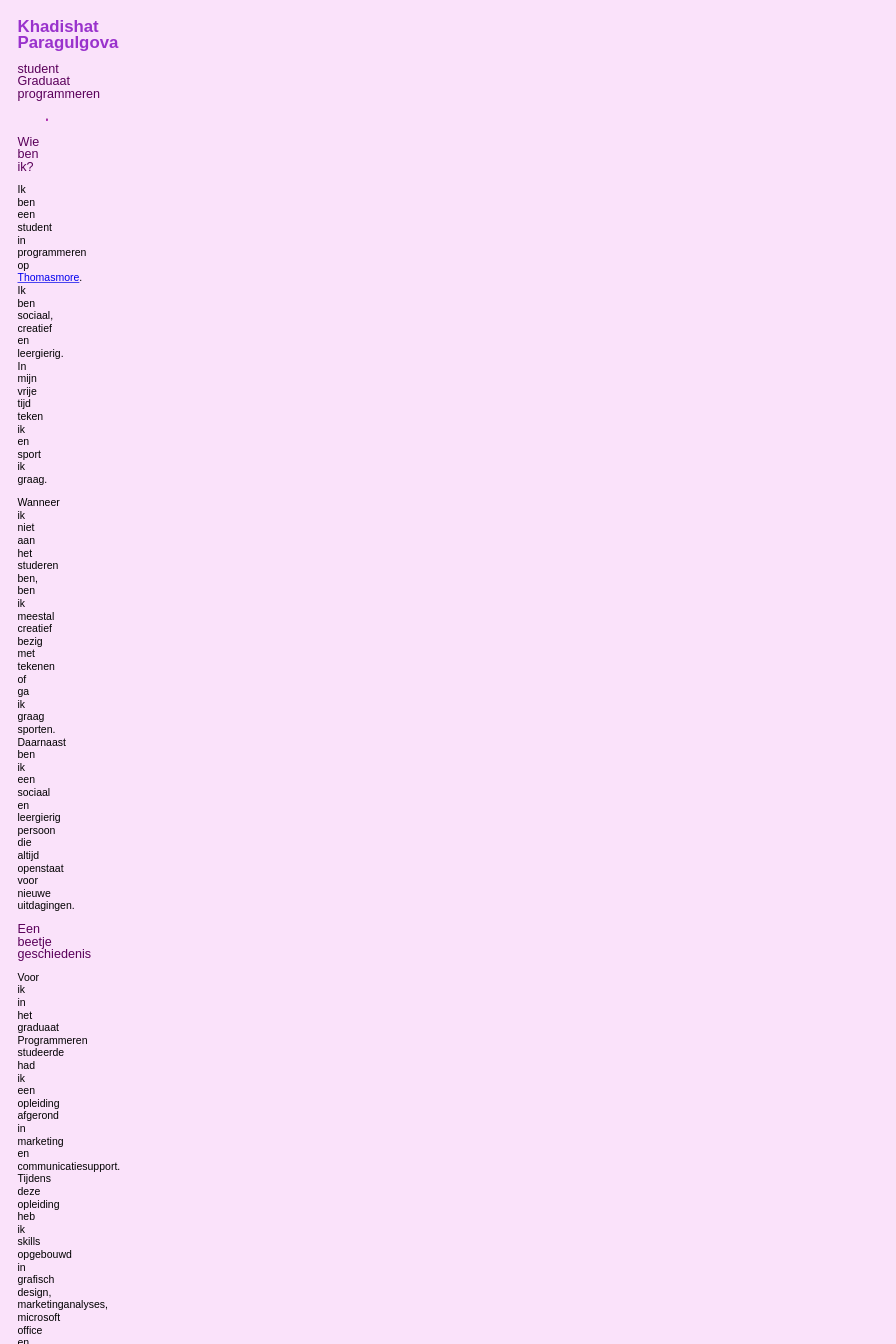
Repository: khadishat00/portfolio
Page: index.html
These files come from the project's save history. The page is drawn as it stood at one moment and after a run of saves; the edit follows.
The browser window is 1280 px wide. The pictures show the part of the page from y = 0 to 1920 px (the page is 6125 px tall before and 873 px after), at 70% of full size.

Above is the page before, as saved 2026-09-24 16:10:24.

### index.html
<!doctype html>
<html lang="en">
  <head>
    <meta charset="UTF-8" />
    <meta name="viewport" content="width=device-width, initial-scale=1.0" />
    <title>portfolio</title>
  </head>
  <style>
    html {
      font-family: Arial, sans-serif;
    }
    body {
        max-width: 1rem;
      background-color: rgba(247, 200, 246, 0.509);
      margin: 25px;
    }
    h1 {
      font-family: "Century Gothic", sans-serif;
      color: darkorchid;
      font-weight: bold;
      font-size: 24px;
      line-height: 24px;
    }
    h2 {
      font-family: sans-serif;
      color: rgb(90, 0, 90);
      font-weight: normal;
      font-size: 18px;
      line-height: 18px;
    }
    p {
      font-family: Arial;
      color: black;
      font-size: 15px;
      line-height: 18px;
      font-weight: normal;
    }

    figure {
      display: block;
      margin-block-start: 1em;
      margin-block-end: 1em;
      margin-inline-start: 40px;
      margin-inline-end: 40px;
      unicode-bidi: isolate;
    }

    img {
      max-width: 100%;
      border: 2px groove;
      border-radius: 50%;
      border-color: rgb(199, 44, 199);
    }
  </style>

  <body>
    <header>
      <h1>Khadishat Paragulgova</h1>
      <h2>student Graduaat programmeren</h2>
      <figure>
        <img src="profielfoto.jpg" alt="Mijn profielfoto" />
      </figure>
    </header>
    <main>
      <h2>Wie ben ik?</h2>
      <p>
        Ik ben een student in programmeren op
        <a href="https://thomasmore.be/nl">Thomasmore</a>. Ik ben sociaal,
        creatief en leergierig. In mijn vrije tijd teken ik en sport ik graag.
      </p>
      <p>
        Wanneer ik niet aan het studeren ben, ben ik meestal creatief bezig met
        tekenen of ga ik graag sporten. Daarnaast ben ik een sociaal en
        leergierig persoon die altijd openstaat voor nieuwe uitdagingen.
      </p>

      <h2>Een beetje geschiedenis</h2>
      <p>
        Voor ik in het graduaat Programmeren studeerde had ik een opleiding
        afgerond in marketing en communicatiesupport. Tijdens deze opleiding heb
        ik skills opgebouwd in grafisch design, marketinganalyses, microsoft
        office en communicatietecnieken.
      </p>
      <p>
        Op mijn stage werkte ik aan websites met behulp van wordpress en
        elementor. Ik en de full stack developer werkte samen om de
        websitebeheer te optimaliseren. De developer toonde aan hoe je met front
        end een webapplicatie kan creeeren.
      </p>
      <p>
        Ik maakte mijn eerste kennismaking met HTML en CSS. Je kon met behulp van code een aantrekkelijke en werkende webapplicatie bouwen, wat ik ook deed in mijn opleiding.
      </p>

      <h2>Motivatie</h2>
      <p>
        ICT is mij blijven boeien en vooral de communicatieve aspecten ervan.
        Niemand kon eind jaren 90 voorspellen welke impact het wereldwijde web
        en de online wereld zouden hebben. Nu 20 jaar later lijkt het alsof deze
        technologieën nog steeds in hun kinderschoenen staan en nog boordevol
        onontgonnen potentieel zitten. Jonge mensen mee op weg zetten om dit
        potentieel waar te maken was en is mijn droomjob.
      </p>
      <p>
        Het voordeel is ook dat ik zelf ook voortdurend blijf bijleren. Zowel
        het technologische als het educatieve zijn werelden die voortdurend in
        beweging zijn. Ik doe mijn best om zoveel mogelijk op de hoogte te
        blijven van belangrijke nieuwe inzichten en ik probeer dat ook binnen
        onze groep toe te passen. Pas op wanneer een les begint met: We gaan
        vandaag een experiment doen.
      </p>

      <h2>Mijn ambities</h2>
      <p>
        Mijn belangrijkste professionele ambitie is jullie zoveel mogelijk
        vaardigheden bijbrengen, maar ook jullie een stukje mee begeleiden in
        het verder opgroeien tot volwassen, verantwoordelijke burgers.
      </p>
    </main>
  </body>
</html>

After the next 2 saves:
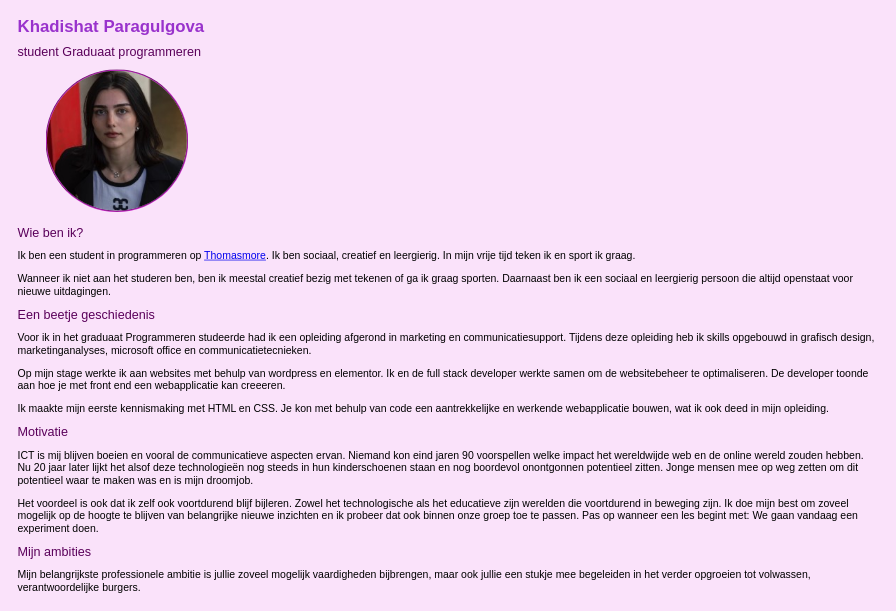
The 2 saves are shown as one change because they came seconds apart.
The last was saved 23 s later.
--- a/index.html
+++ b/index.html
@@ -10,7 +10,6 @@
       font-family: Arial, sans-serif;
     }
     body {
-        max-width: 1rem;
       background-color: rgba(247, 200, 246, 0.509);
       margin: 25px;
     }
